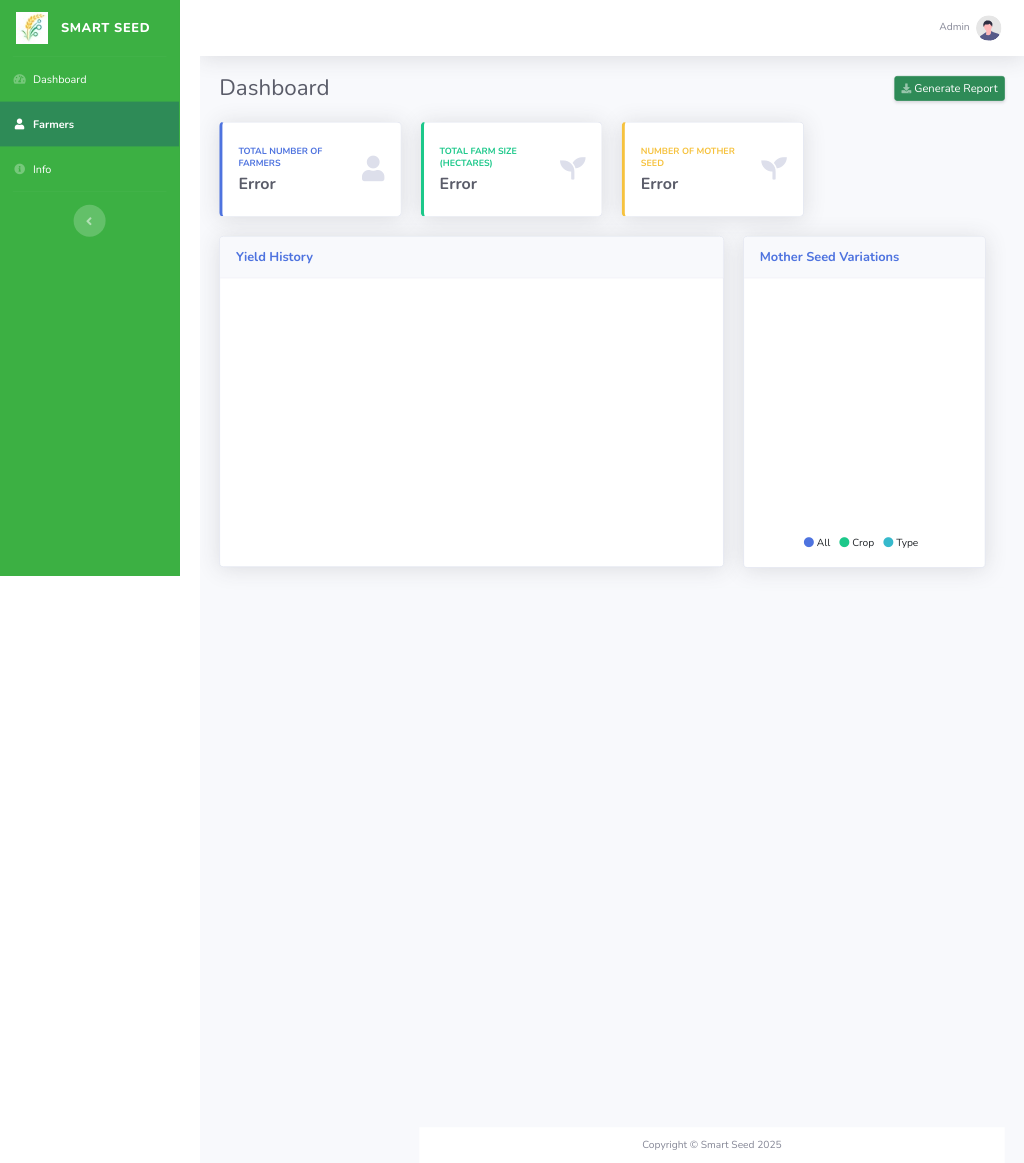
Repository: IFoundGeorge/Smart-Seed-v8-master
Page: src/index.html
These files come from the project's save history. The page is drawn as it stood at one moment and after the next save; the edit follows.
The browser window is 1280 px wide. The pictures show the whole page, at 80% of full size.
The page's requests for data from a server got no answer. Some web libraries are served in a nearby version.

Above is the page before, as saved 2025-03-25 22:19:39.

After the next save:
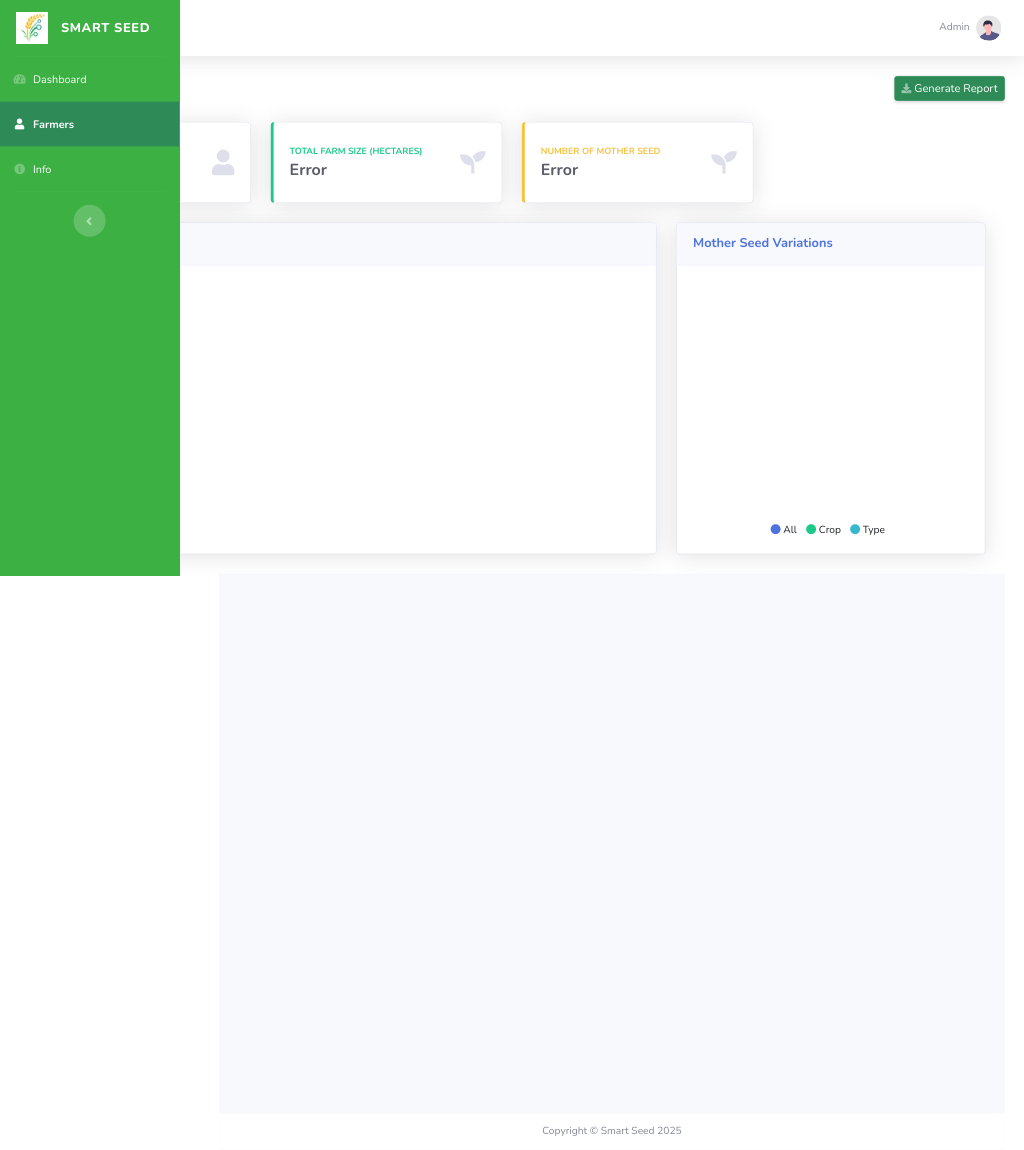
Saved 94 s later.
--- a/src/index.html
+++ b/src/index.html
@@ -198,7 +198,6 @@
         <!-- End of Sidebar -->
 
         <!-- Content Wrapper -->
-        <div id="content-wrapper" class="d-flex flex-column">
 
             <!-- Main Content -->
             <div id="content">
